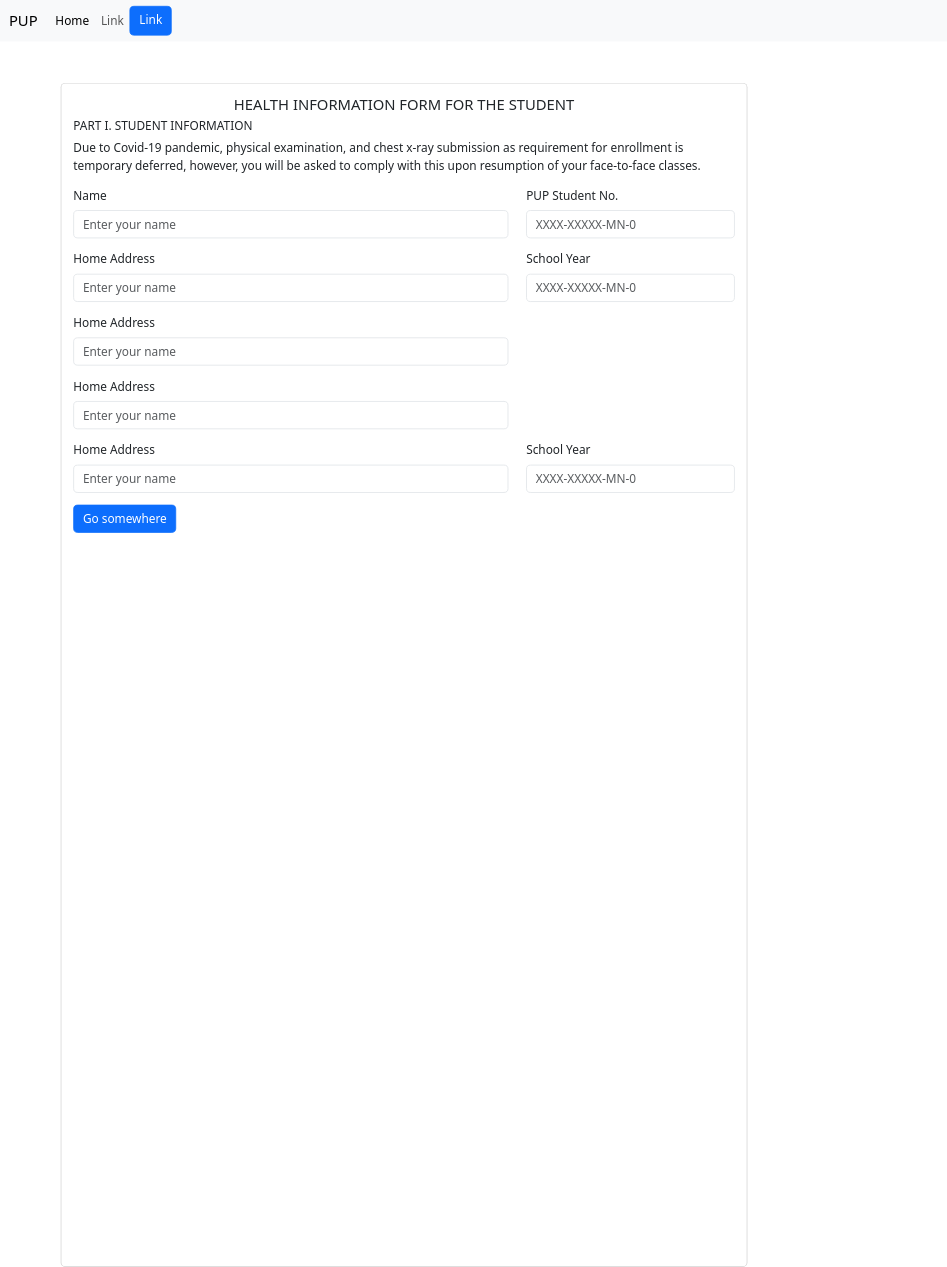
Repository: Nicktacku/webdev
Page: form.html
These files come from the project's save history. The page is drawn as it stood at one moment and after the next save; the edit follows.
The browser window is 1280 px wide. The pictures show the whole page, at 74% of full size.

Above is the page before, as saved 2024-07-15 17:52:59.

### form.html
<!DOCTYPE html>
<html lang="en">
  <head>
    <meta charset="UTF-8" />
    <meta name="viewport" content="width=device-width, initial-scale=1.0" />
    <title>Document</title>
    <link
      href="https://cdn.jsdelivr.net/npm/bootstrap@5.3.3/dist/css/bootstrap.min.css"
      rel="stylesheet"
      integrity="sha384-QWTKZyjpPEjISv5WaRU9OFeRpok6YctnYmDr5pNlyT2bRjXh0JMhjY6hW+ALEwIH"
      crossorigin="anonymous"
    />
  </head>
  <body>
    <!-- Navbar -->
    <nav class="navbar navbar-expand-lg bg-body-tertiary">
        <div class="container-fluid">
          <a class="navbar-brand" href="#">PUP</a>
          <button
            class="navbar-toggler"
            type="button"
            data-bs-toggle="collapse"
            data-bs-target="#navbarSupportedContent"
            aria-controls="navbarSupportedContent"
            aria-expanded="false"
            aria-label="Toggle navigation"
          >
            <span class="navbar-toggler-icon"></span>
          </button>
          <div class="collapse navbar-collapse" id="navbarSupportedContent">
            <ul class="navbar-nav me-auto mb-2 mb-lg-0">
              <li class="nav-item">
                <a class="nav-link active" aria-current="page" href="#">Home</a>
              </li>
              <li class="nav-item">
                <a class="nav-link" href="#">Link</a>
              </li>

              <a class="btn btn-primary" href="form.html" role="button">Link</a>
          </div>
        </div>
      </nav>

    <div
      class="container mt-2 pt-5"
    >

    <!-- Section 1 -->
    <div class="card" style="width: 58rem; height: 100rem">

        <div class="card-body">
          <h5 class="card-title d-flex justify-content-center">HEALTH INFORMATION FORM FOR THE STUDENT</h5>
          <h6 class="card-text">PART I. STUDENT INFORMATION</h6>
          <p class="card-text">Due to Covid-19 pandemic, physical examination, and chest x-ray submission as requirement for enrollment is
            temporary deferred, however, you will be asked to comply with this upon resumption of your face-to-face classes.</p>

            <div class="row">
                <div class="col-8">
                    <div class="mb-3">
                        <label for="name" class="form-label">Name</label>
                        <input type="text" class="form-control" id="name-input" placeholder="Enter your name">
                      </div>
                </div>
                <div class="col">
                    <div class="mb-3">
                        <label for="name" class="form-label">PUP Student No.</label>
                        <input type="text" class="form-control" id="name-input" placeholder="XXXX-XXXXX-MN-0">
                      </div>
                </div>
            </div>

            <div class="row">
                <div class="col-8">
                    <div class="mb-3">
                        <label for="name" class="form-label">Home Address</label>
                        <input type="text" class="form-control" id="name-input" placeholder="Enter your name">
                      </div>
                </div>
                <div class="col">
                    <div class="mb-3">
                        <label for="name" class="form-label">School Year</label>
                        <input type="text" class="form-control" id="name-input" placeholder="XXXX-XXXXX-MN-0">
                      </div>
                </div>
            </div>

            <div class="row">
                <div class="col-8">
                    <div class="mb-3">
                        <label for="name" class="form-label">Home Address</label>
                        <input type="text" class="form-control" id="name-input" placeholder="Enter your name">
                      </div>
                </div>
                <div class="col-8">
                    <div class="mb-3">
                        <label for="name" class="form-label">Home Address</label>
                        <input type="text" class="form-control" id="name-input" placeholder="Enter your name">
                      </div>
                </div>
                <div class="col-8">
                    <div class="mb-3">
                        <label for="name" class="form-label">Home Address</label>
                        <input type="text" class="form-control" id="name-input" placeholder="Enter your name">
                      </div>
                </div>
                <div class="col">
                    <div class="mb-3">
                        <label for="name" class="form-label">School Year</label>
                        <input type="text" class="form-control" id="name-input" placeholder="XXXX-XXXXX-MN-0">
                      </div>
                </div>
            </div>
          <a href="#" class="btn btn-primary">Go somewhere</a>
        </div>
      </div>


    <script
      src="https://cdn.jsdelivr.net/npm/bootstrap@5.3.3/dist/js/bootstrap.bundle.min.js"
      integrity="sha384-YvpcrYf0tY3lHB60NNkmXc5s9fDVZLESaAA55NDzOxhy9GkcIdslK1eN7N6jIeHz"
      crossorigin="anonymous"
    ></script>
  </body>
</html>

After the next save:
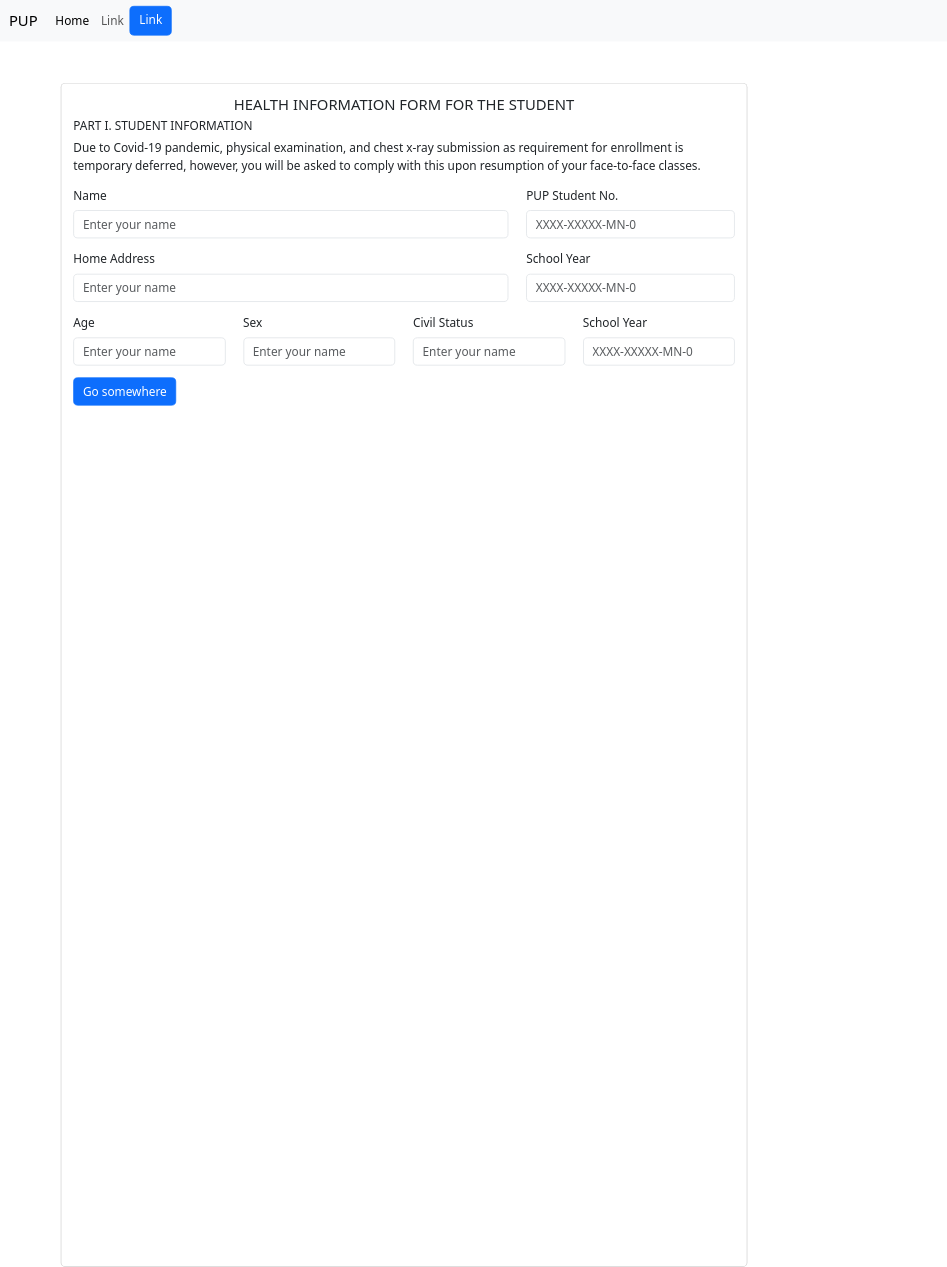
Saved 84 s later.
--- a/form.html
+++ b/form.html
@@ -85,21 +85,21 @@
             </div>
 
             <div class="row">
-                <div class="col-8">
+                <div class="col-3">
                     <div class="mb-3">
-                        <label for="name" class="form-label">Home Address</label>
+                        <label for="name" class="form-label">Age</label>
                         <input type="text" class="form-control" id="name-input" placeholder="Enter your name">
                       </div>
                 </div>
-                <div class="col-8">
+                <div class="col-3">
                     <div class="mb-3">
-                        <label for="name" class="form-label">Home Address</label>
+                        <label for="name" class="form-label">Sex</label>
                         <input type="text" class="form-control" id="name-input" placeholder="Enter your name">
                       </div>
                 </div>
-                <div class="col-8">
+                <div class="col-3">
                     <div class="mb-3">
-                        <label for="name" class="form-label">Home Address</label>
+                        <label for="name" class="form-label">Civil Status</label>
                         <input type="text" class="form-control" id="name-input" placeholder="Enter your name">
                       </div>
                 </div>
